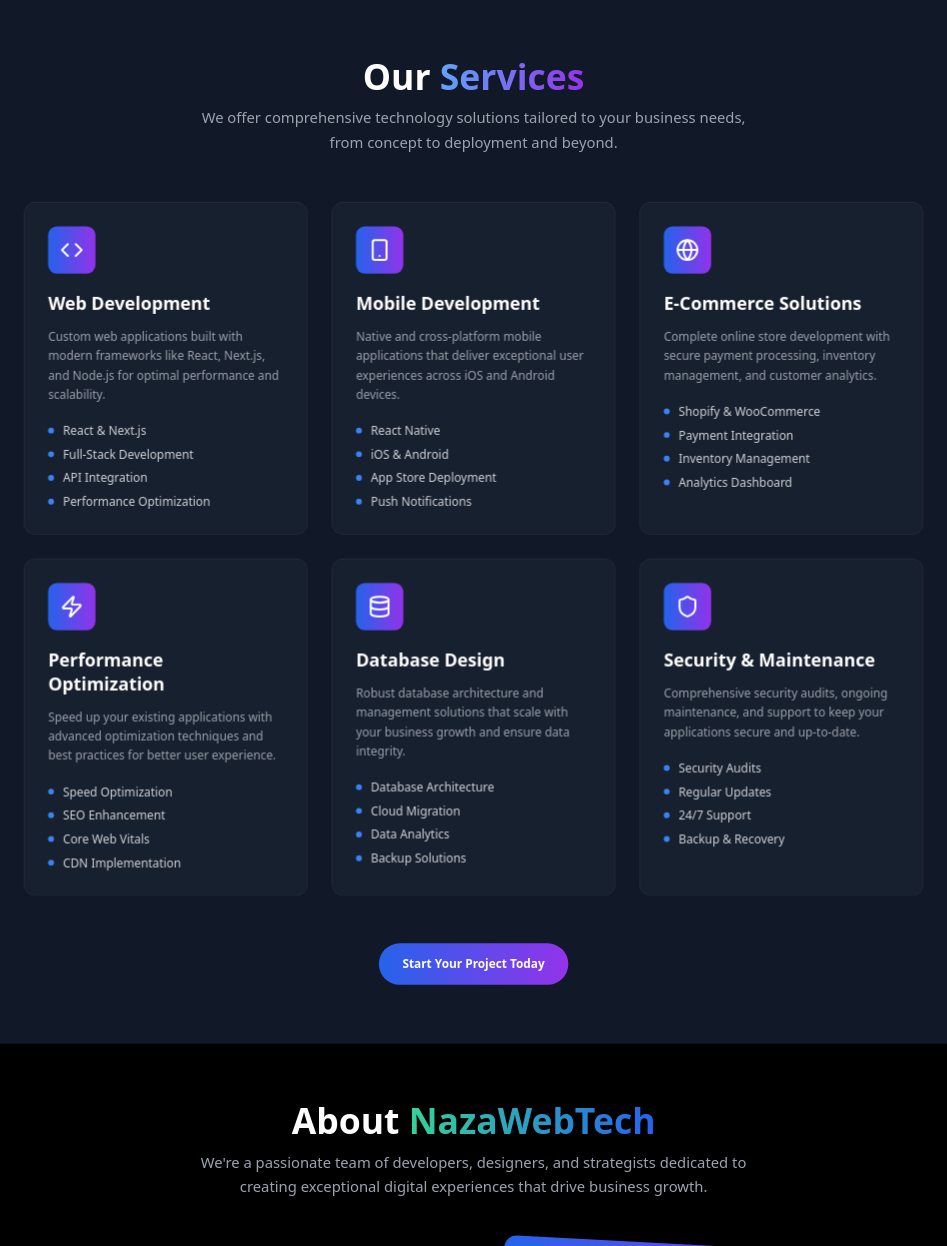
Repository: naza-webtech/nazawebtech.com
Page: /
An editor plug-in stored every save of this project. The page is shown before and after the next save, followed by the edit.
The browser window is 1280 px wide. The pictures show the part of the page from y = 720 to 2404 px (the page is 8211 px tall before and 9097 px after), at 74% of full size.
Pictures or frames that could not be fetched are drawn as grey boxes. The project was rebuilt for these pictures with package versions that can differ from the ones it lists, and the page was loaded fresh each time. Also part of the build but not shown: vite.config.ts.

Above is the page before, as saved 2025-10-21 16:41:25.

After the next save:
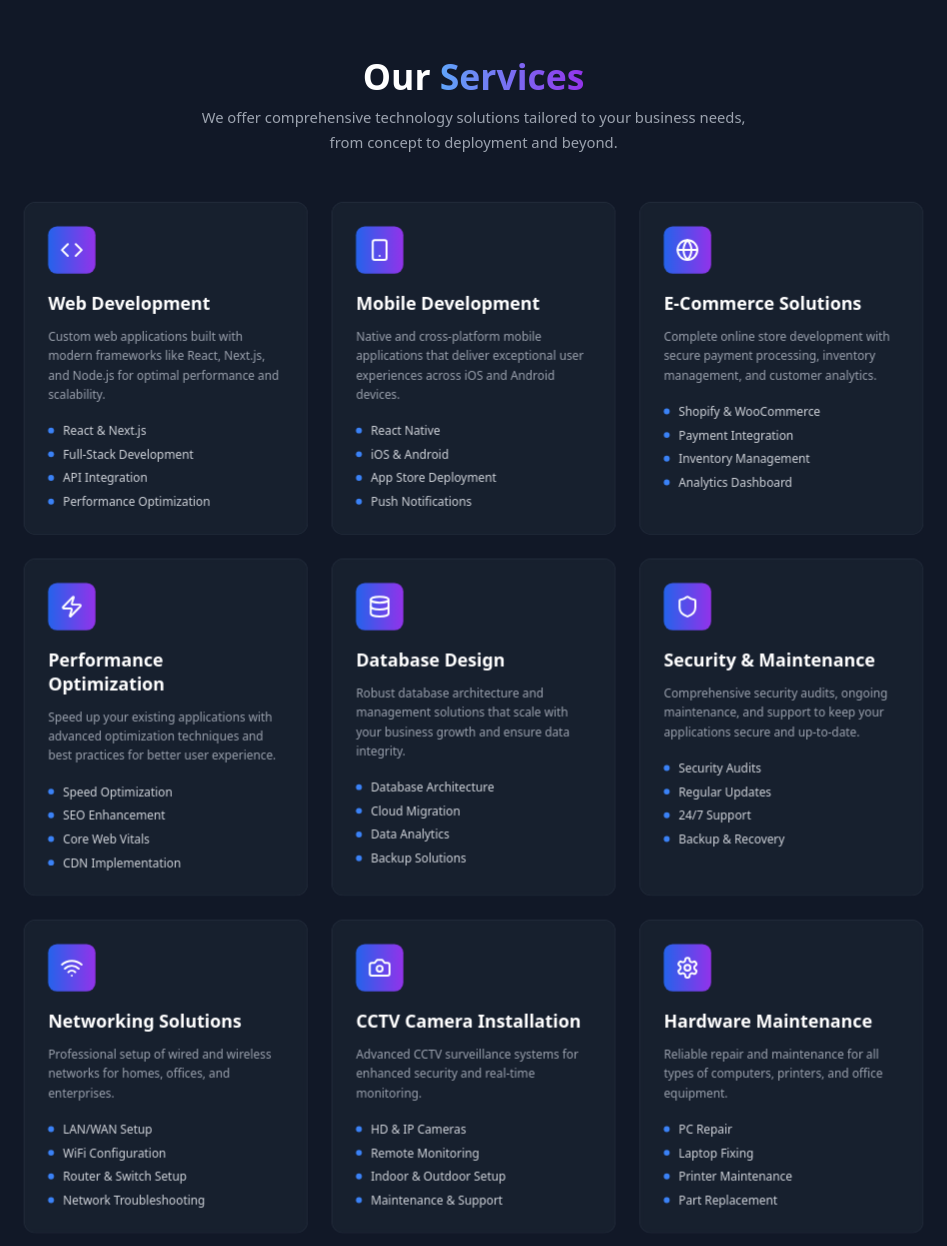
Saved 23 days later.
--- a/src/components/Services.tsx
+++ b/src/components/Services.tsx
@@ -1,5 +1,8 @@
 import React from 'react';
-import { Code, Smartphone, Globe, Zap, Database, Shield } from 'lucide-react';
+import {
+  Code, Smartphone, Globe, Zap, Database, Shield,
+  Wifi, Camera, Settings, Printer
+} from 'lucide-react';
 
 const Services = () => {
   const services = [
@@ -38,12 +41,42 @@ const Services = () => {
       title: 'Security & Maintenance',
       description: 'Comprehensive security audits, ongoing maintenance, and support to keep your applications secure and up-to-date.',
       features: ['Security Audits', 'Regular Updates', '24/7 Support', 'Backup & Recovery']
+    },
+
+    // ------------------------------
+    // 🚀 NEW SERVICES ADDED BELOW
+    // ------------------------------
+
+    {
+      icon: <Wifi className="w-8 h-8" />,
+      title: 'Networking Solutions',
+      description: 'Professional setup of wired and wireless networks for homes, offices, and enterprises.',
+      features: ['LAN/WAN Setup', 'WiFi Configuration', 'Router & Switch Setup', 'Network Troubleshooting']
+    },
+    {
+      icon: <Camera className="w-8 h-8" />,
+      title: 'CCTV Camera Installation',
+      description: 'Advanced CCTV surveillance systems for enhanced security and real-time monitoring.',
+      features: ['HD & IP Cameras', 'Remote Monitoring', 'Indoor & Outdoor Setup', 'Maintenance & Support']
+    },
+    {
+      icon: <Settings className="w-8 h-8" />,
+      title: 'Hardware Maintenance',
+      description: 'Reliable repair and maintenance for all types of computers, printers, and office equipment.',
+      features: ['PC Repair', 'Laptop Fixing', 'Printer Maintenance', 'Part Replacement']
+    },
+    {
+      icon: <Printer className="w-8 h-8" />,
+      title: 'Digital Printing',
+      description: 'High-quality digital printing services for branding, marketing, and office needs.',
+      features: ['Business Cards', 'Brochures & Flyers', 'Posters & Banners', 'Custom Designs']
     }
   ];
 
   return (
     <section id="services" className="py-20 bg-gray-900">
       <div className="max-w-7xl mx-auto px-4 sm:px-6 lg:px-8">
+
         <div className="text-center mb-16">
           <h2 className="text-4xl md:text-5xl font-bold text-white mb-4">
             Our <span className="bg-gradient-to-r from-blue-400 to-purple-600 bg-clip-text text-transparent">Services</span>
